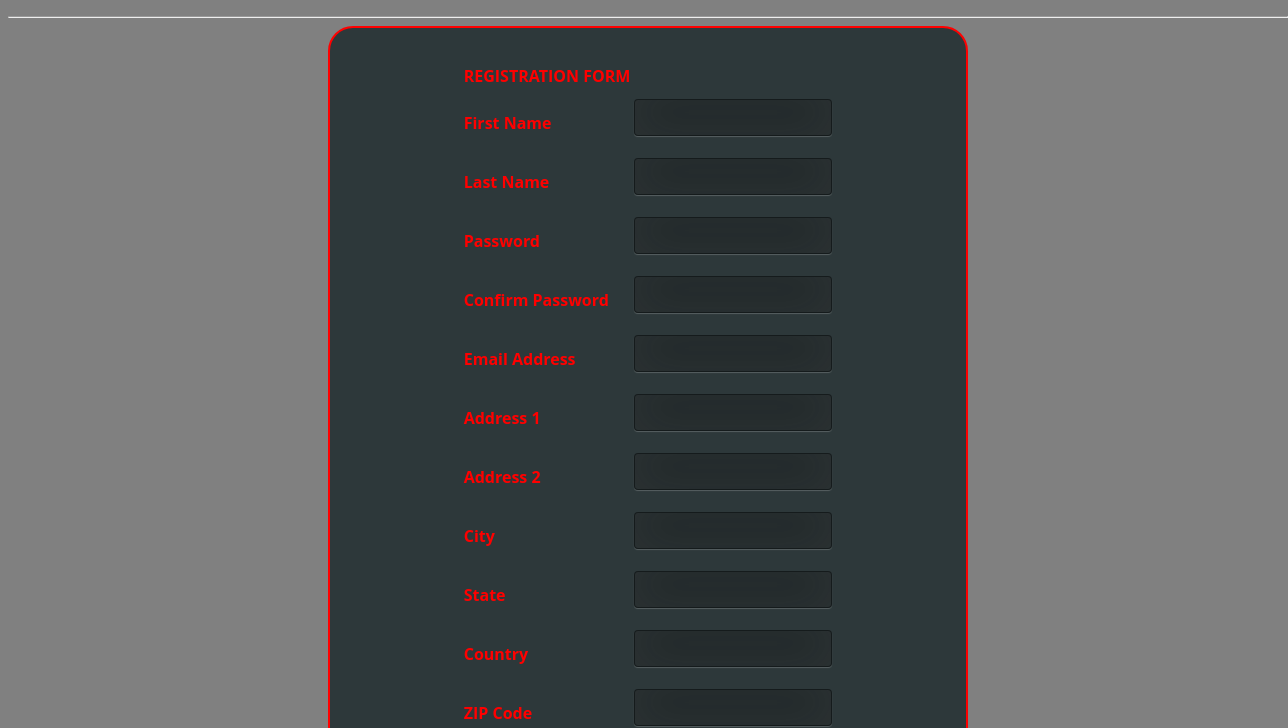
Repository: BDClaudiu/PokeGame
Page: http://localhost/MyProject/RegistrationPage.jsp
An editor plug-in stored every save of this project. The page is shown before and after the next save, followed by the edit.
The browser window is 1280 px wide. The page is 1288 px wide, then 1280 px, so the pictures cover 1288 px, including what lies to the right of the window. The pictures show the whole page.
An inner scrolling area shows only its first screen. The page is served by Tomcat 9. Other server files are loaded and not shown.

Above is the page before, as saved 2018-09-29 21:55:03.

### MyProject/WebContent/RegistrationPage.jsp
<%@ page language="java" contentType="text/html; charset=ISO-8859-1"
    pageEncoding="ISO-8859-1"%>
<!DOCTYPE html PUBLIC "-//W3C//DTD HTML 4.01 Transitional//EN" "http://www.w3.org/TR/html4/loose.dtd">
<html>
<head>
<meta http-equiv="Content-Type" content="text/html; charset=ISO-8859-1">
<title>Insert title here</title>

<style>
input[type=button] {
cursor: pointer}
input[type=submit] {
cursor: pointer}
* { -webkit-box-sizing:border-box; -moz-box-sizing:border-box; -ms-box-sizing:border-box; -o-box-sizing:border-box; box-sizing:border-box; }
html { width: 100%; height:100%; overflow:hidden; }
body {
	width: 100%;
	height:100%;
	font-family: 'Open Sans', sans-serif;
}
.login {
	position: absolute;
	top: 50%;
	left: 50%;
	margin: -150px 0 0 -150px;
	width:300px;
	height:300px;
}
.login h1 { color: #fff; text-shadow: 0 0 10px rgba(0,0,0,0.3); letter-spacing:1px; text-align:center; }
input {
	width: 100%;
	margin-bottom: 10px;
	background: rgba(0,0,0,0.3);
	border: none;
	outline: none;
	padding: 10px;
	font-size: 13px;
	color: red;
	text-shadow: 1px 1px 1px rgba(0,0,0,0.3);
	border: 1px solid rgba(0,0,0,0.3);
	border-radius: 4px;
	box-shadow: inset 0 -5px 45px rgba(100,100,100,0.2), 0 1px 1px rgba(255,255,255,0.2);
	-webkit-transition: box-shadow .5s ease;
	-moz-transition: box-shadow .5s ease;
	-o-transition: box-shadow .5s ease;
	-ms-transition: box-shadow .5s ease;
	transition: box-shadow .5s ease;
}
input:focus {
	box-shadow: inset 0 -5px 45px rgba(100,100,100,0.4), 0 1px 1px rgba(255,255,255,0.2);
}
label{
	font-size:12px;
}
center{
	padding-top: 25px;
	width:450px;
	height:1150px;
	background-color:#2D383A;
	border-radius: 25px;
	border: 2px solid red;
	margin: auto;
    width: 50%;

}
table, tr,td{
	color:red; padding-top:5px;
}
table,th,td{
	padding-bottom: 5px;
}
body{
	background-color:grey;
	font-weight:bold;
	overflow-y: scroll;
}
</style>

</head>

<body>

   <hr />
    <!-- Registration Form -->
   <form action="Controller" method="get">
 <center>
    <table>

   <tr><td>REGISTRATION FORM</td></tr>
			<tr>
				<td>First Name</td> <td><input type="text" name="firstname" required/></td>
			</tr>
		    <tr>
		    	<td>Last Name</td>  <td><input type="text" name="lastname" required/></td>
		    </tr>
			<tr>
				<td>Password</td> <td><input type="password" name="password" required/></td>
			</tr>
			<tr>
				<td>Confirm Password</td> <td><input type="password" name="password2" required/></td>
			</tr>
            <tr>
            	<td>Email Address</td>	<td><input type="text" name="email" required/></td>
            </tr>
            <tr>
            	<td>Address 1 </td>	<td><input type="text" name="address" required/></td>
            </tr>
            <tr>
            	<td>Address 2 </td>	<td><input type="text" name="address2" /></td>
            </tr>
			<tr>
				<td>City</td>	<td><input type="text" name="city" required/></td>
			</tr>
			<tr>
				<td>State </td>	<td><input type="text" name="state" required/></td>
			</tr>
			<tr>
				<td>Country</td>	<td><input type="text" name="country" required/></td>
			</tr>
			<tr>
				<td>ZIP Code</td>	<td><input required type="text" name="zip" /></td>
			</tr>
			<tr>
				<td>Credit Card Type</td>	<td><input type="text" name="credit_card_type" required/></td>
			</tr>
			<tr>
				<td>Credit Card Number</td>	<td><input type="text" name="credit_card_number" required/></td>
			</tr>
			<tr>
				<td>Credit Card CVV</td>	<td><input type="text" name="credit_card_cvv" required/></td>
			</tr>
			<tr>
				<td>Expiration Date</td><td><input type="text" name="credit_card_expiry" required/></td>
			</tr>


     </table>	<br />
     <!-- Submit and registration btns that will be redirected to the controller -->
     <input type="submit" value="Register" name="regbtn" />
     <input type="button" value="Cancel" onclick="location.href='mainHtml.jsp'"/>
    </center>
   </form>
            <br/>
            <hr/>
           <div style="font-size:15px; ">Already Registered??  To Login <a href="loginHtml.jsp" style="font-color:white">Click Here</a></div>
            <hr/>

</body>
</html>

After the next save:
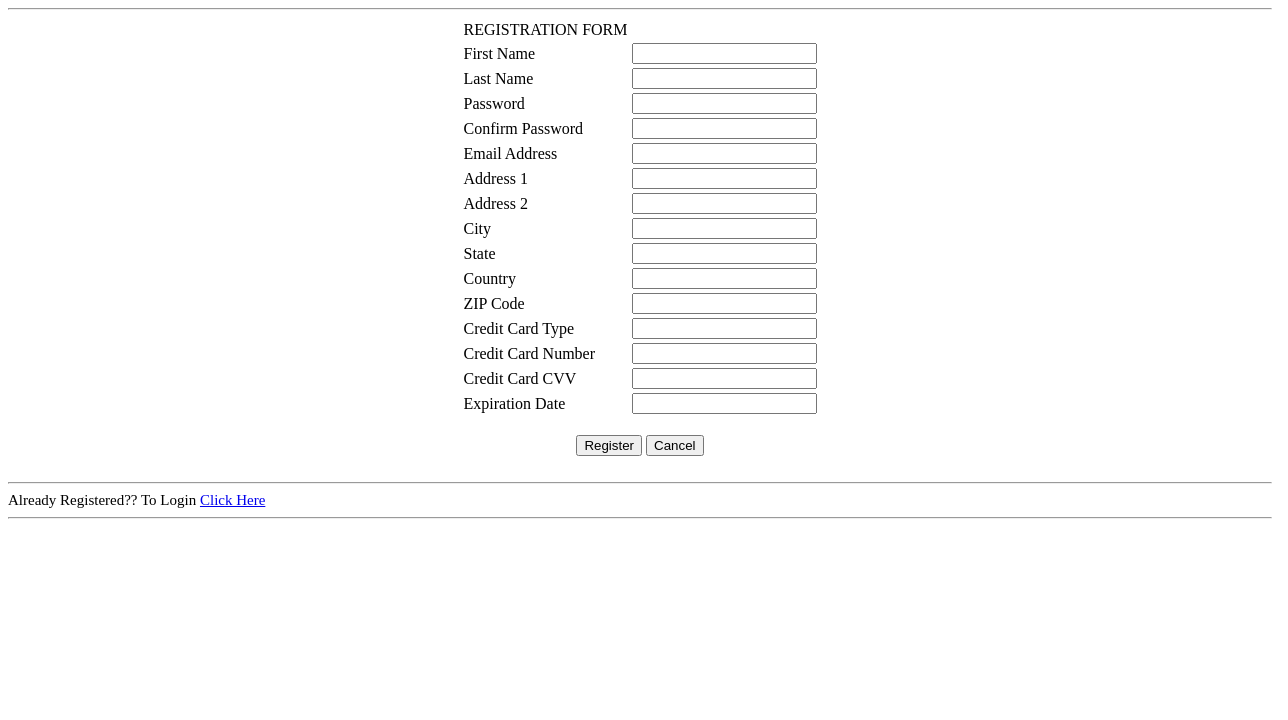
Saved 44 s later.
--- a/MyProject/WebContent/RegistrationPage.jsp
+++ b/MyProject/WebContent/RegistrationPage.jsp
@@ -7,73 +7,6 @@
 <title>Insert title here</title>
 
 <style>
-input[type=button] {
-cursor: pointer}
-input[type=submit] {
-cursor: pointer}
-* { -webkit-box-sizing:border-box; -moz-box-sizing:border-box; -ms-box-sizing:border-box; -o-box-sizing:border-box; box-sizing:border-box; }
-html { width: 100%; height:100%; overflow:hidden; }
-body {
-	width: 100%;
-	height:100%;
-	font-family: 'Open Sans', sans-serif;
-}
-.login {
-	position: absolute;
-	top: 50%;
-	left: 50%;
-	margin: -150px 0 0 -150px;
-	width:300px;
-	height:300px;
-}
-.login h1 { color: #fff; text-shadow: 0 0 10px rgba(0,0,0,0.3); letter-spacing:1px; text-align:center; }
-input {
-	width: 100%;
-	margin-bottom: 10px;
-	background: rgba(0,0,0,0.3);
-	border: none;
-	outline: none;
-	padding: 10px;
-	font-size: 13px;
-	color: red;
-	text-shadow: 1px 1px 1px rgba(0,0,0,0.3);
-	border: 1px solid rgba(0,0,0,0.3);
-	border-radius: 4px;
-	box-shadow: inset 0 -5px 45px rgba(100,100,100,0.2), 0 1px 1px rgba(255,255,255,0.2);
-	-webkit-transition: box-shadow .5s ease;
-	-moz-transition: box-shadow .5s ease;
-	-o-transition: box-shadow .5s ease;
-	-ms-transition: box-shadow .5s ease;
-	transition: box-shadow .5s ease;
-}
-input:focus {
-	box-shadow: inset 0 -5px 45px rgba(100,100,100,0.4), 0 1px 1px rgba(255,255,255,0.2);
-}
-label{
-	font-size:12px;
-}
-center{
-	padding-top: 25px;
-	width:450px;
-	height:1150px;
-	background-color:#2D383A;
-	border-radius: 25px;
-	border: 2px solid red;
-	margin: auto;
-    width: 50%;
-
-}
-table, tr,td{
-	color:red; padding-top:5px;
-}
-table,th,td{
-	padding-bottom: 5px;
-}
-body{
-	background-color:grey;
-	font-weight:bold;
-	overflow-y: scroll;
-}
 </style>
 
 </head>
